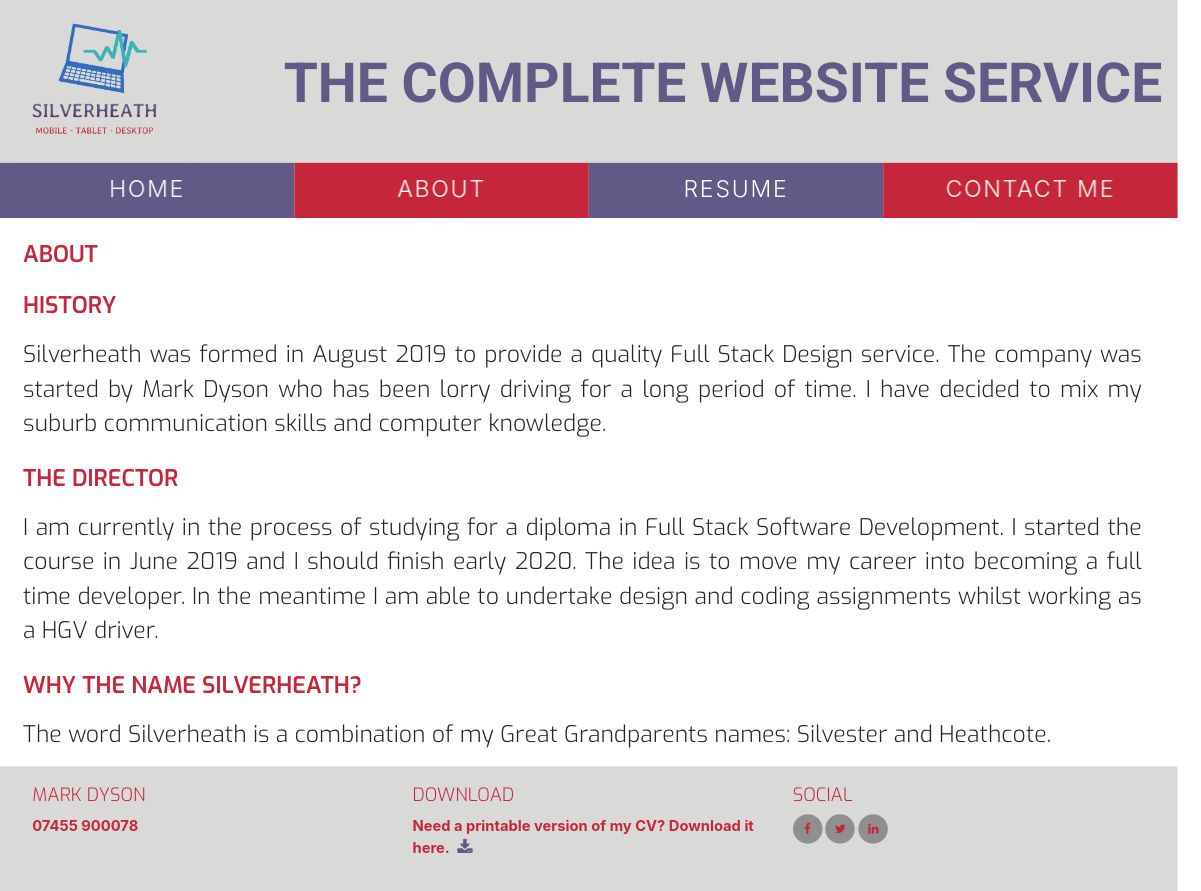
Repository: Code-Institute-Submissions/silverheath
Page: about.html
The author's editor kept a record of every edit. The page is drawn from the files as they stood at one moment, then again after the next edit.
The browser window is 1280 px wide. The page is 1305 px wide, so the pictures cover 1305 px, including what lies to the right of the window. The pictures show the whole page, at 92% of full size.
Some web libraries are served in a nearby version.

Above is the page before.

After the next edit:
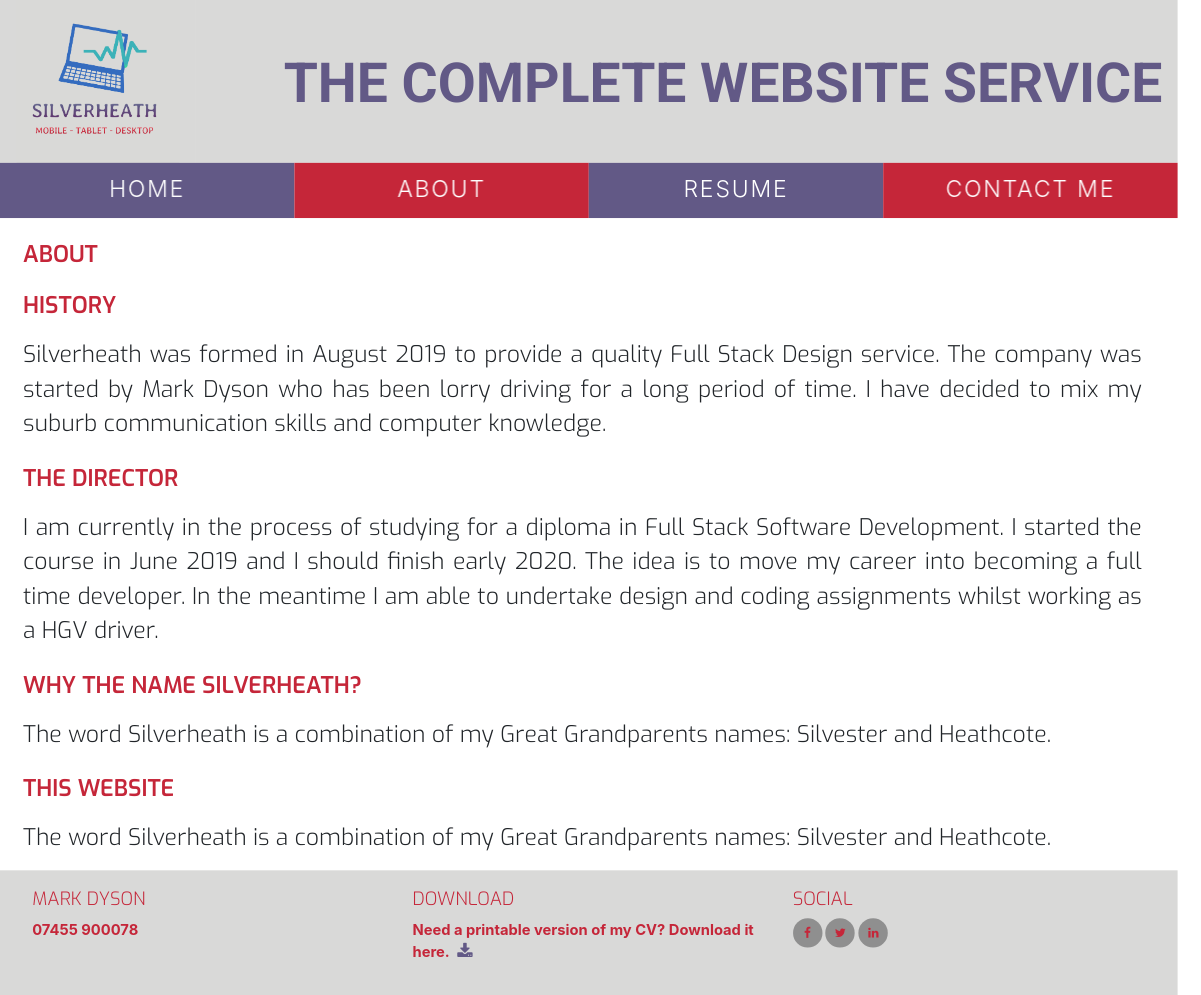
The edit:
--- a/about.html
+++ b/about.html
@@ -75,6 +75,14 @@
         </p>
     </div>
     </div>
+     <h4 class="section-heading uppercase intro-header">This website</h4>
+        <p></p>
+        <div class="about" >
+        <p>
+            The word Silverheath is a combination of my Great Grandparents names: Silvester and Heathcote.
+        </p>
+    </div>
+    </div>
 
 
 
